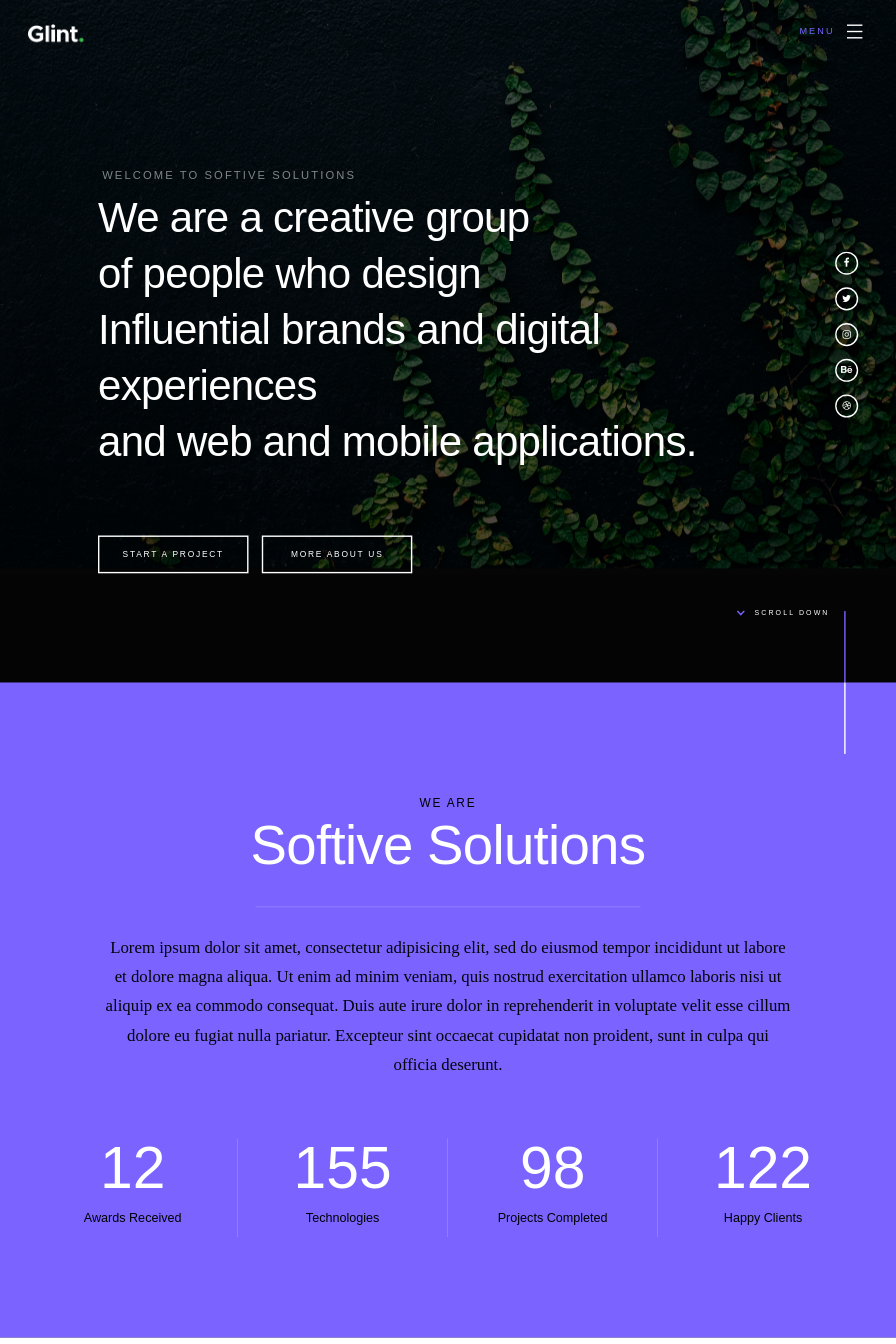
Repository: ahsankalim09/light-Agency
Page: index.html
These files come from the project's save history. The page is drawn as it stood at one moment and after the next save; the edit follows.
The browser window is 1280 px wide. The pictures show the part of the page from y = 0 to 1920 px (the page is 8636 px tall), at 70% of full size.
Some web fonts or font styles are not loaded; a fallback is used.

Above is the page before, as saved 2020-12-27 19:22:14.

After the next save:
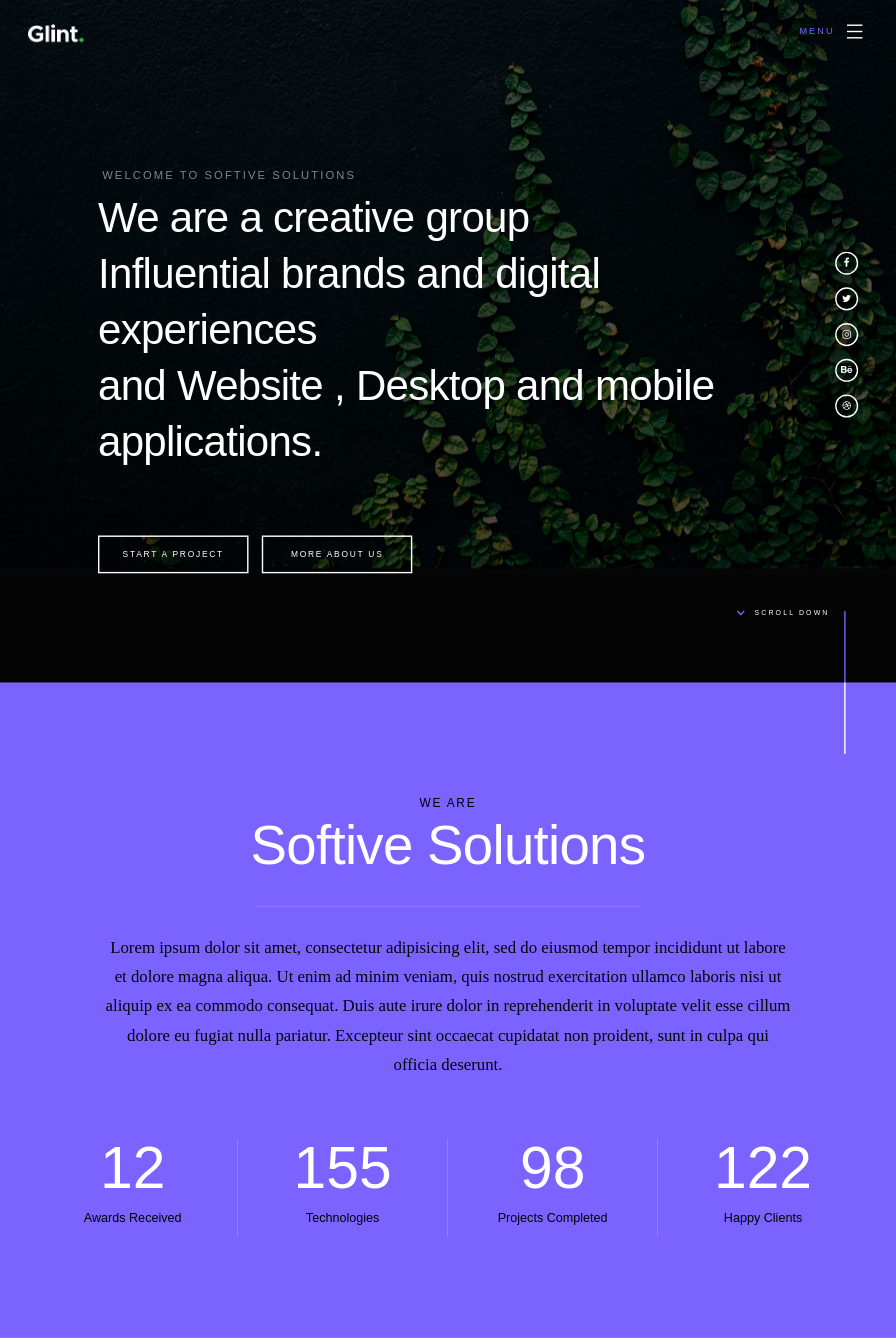
Saved 2 min 37 s later.
--- a/index.html
+++ b/index.html
@@ -79,9 +79,8 @@
 <h3>Welcome to Softive Solutions</h3>
 <h1>
 We are a creative group <br>
-of people who design <br>
 Influential brands and digital experiences <br>
-and web and mobile applications.
+and Website , Desktop and mobile applications.
 </h1>
 <div class="home-content__buttons">
 <a href="#contact" class="smoothscroll btn btn--stroke">
